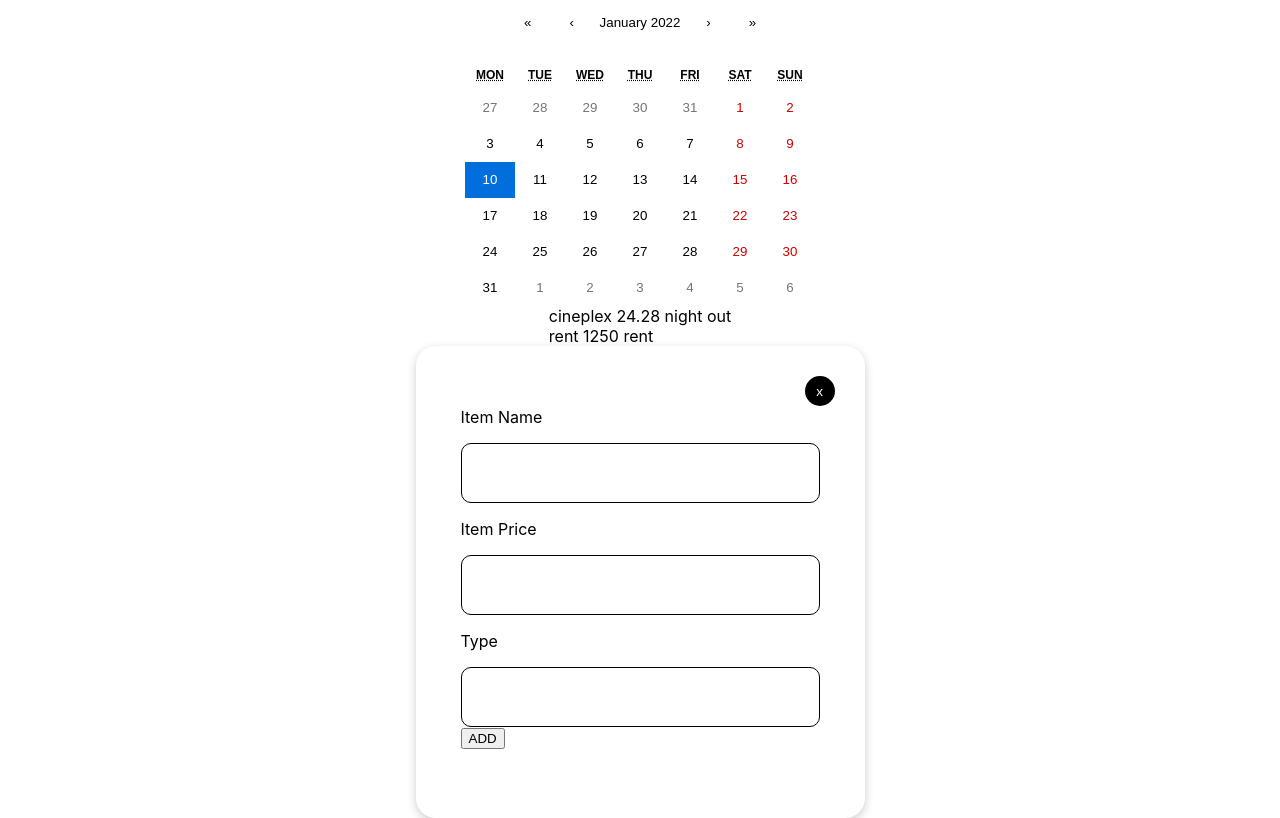
Repository: julianm09/expense-tracker
Page: /
An editor plug-in stored every save of this project. The page is shown before and after the next save, followed by the edit.
The browser window is 1280 px wide. The pictures show the whole page.
The project was rebuilt for these pictures with package versions that can differ from the ones it lists, and the page was loaded fresh each time. The framework's server and built-in components were replaced by stand-ins that run in the browser. Also part of the build but not shown: next.config.js.

Above is the page before, as saved 2022-01-10 15:05:39.

After the next save:
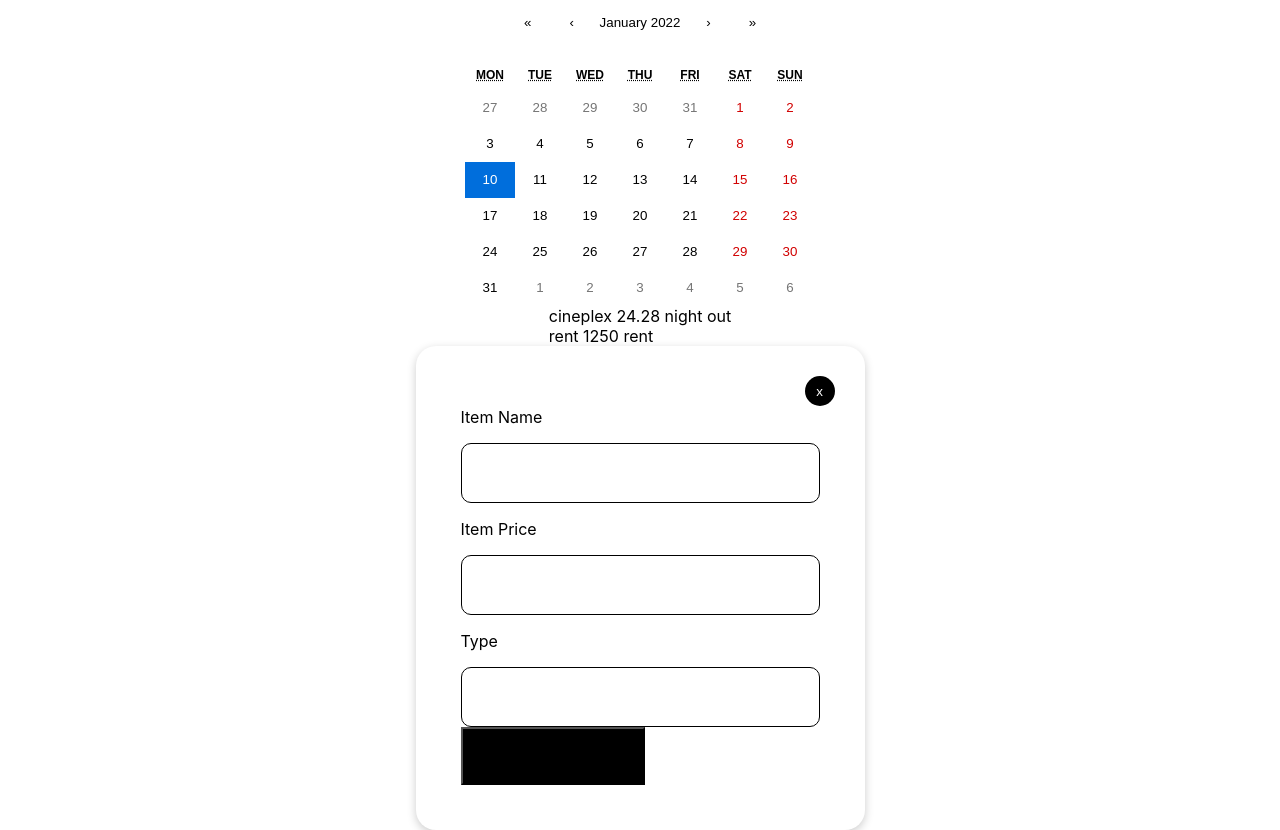
Saved 21 s later.
--- a/comps/popup.js
+++ b/comps/popup.js
@@ -45,7 +45,9 @@ const Title = styled.p``;
 const BottomDiv = styled.div``;
 
 const AddButton = styled.button`
-  width: ;
+  width: 184px;
+  height: 58px;
+  background-color: #000;
 `;
 export default function PopUp() {
   return (
